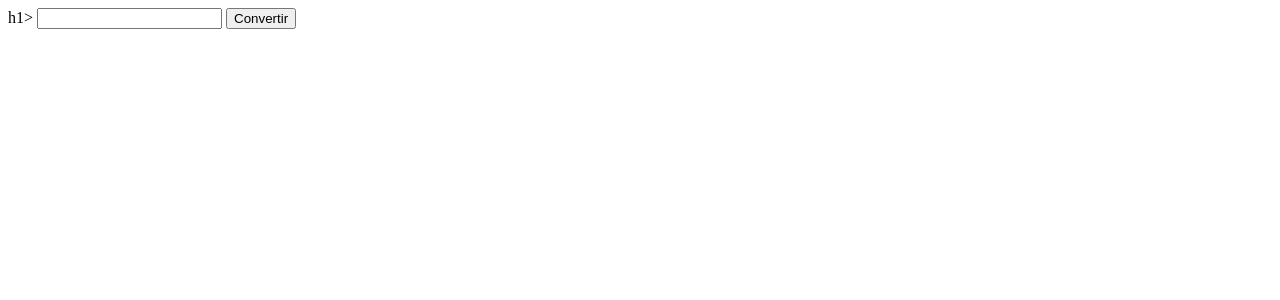
Repository: techmindconsulting/wordshiop-js
Page: index.html
An editor plug-in stored every save of this project. The page is shown before and after a run of saves, followed by the edit.
The browser window is 1280 px wide. The pictures show the whole page.

Above is the page before, as saved 2021-01-17 12:46:01.

After the next 3 saves:
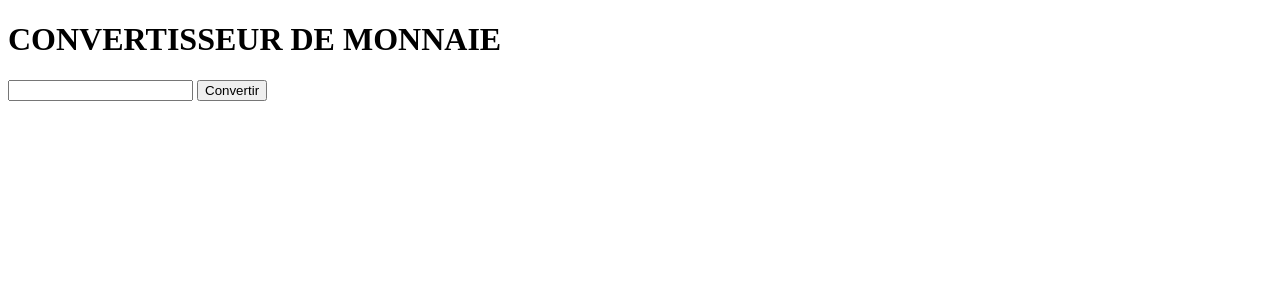
The 3 saves are shown as one change because they came seconds apart.
The last was saved 8 s later.
--- a/index.html
+++ b/index.html
@@ -7,7 +7,7 @@
     <script src="conversion.js"></script>
 </head>
 <body>
-    h1>
+    <h1>CONVERTISSEUR DE MONNAIE</h1>
     <input type="text" id="amount">
     <input type="button" value="Convertir">
 </body>
